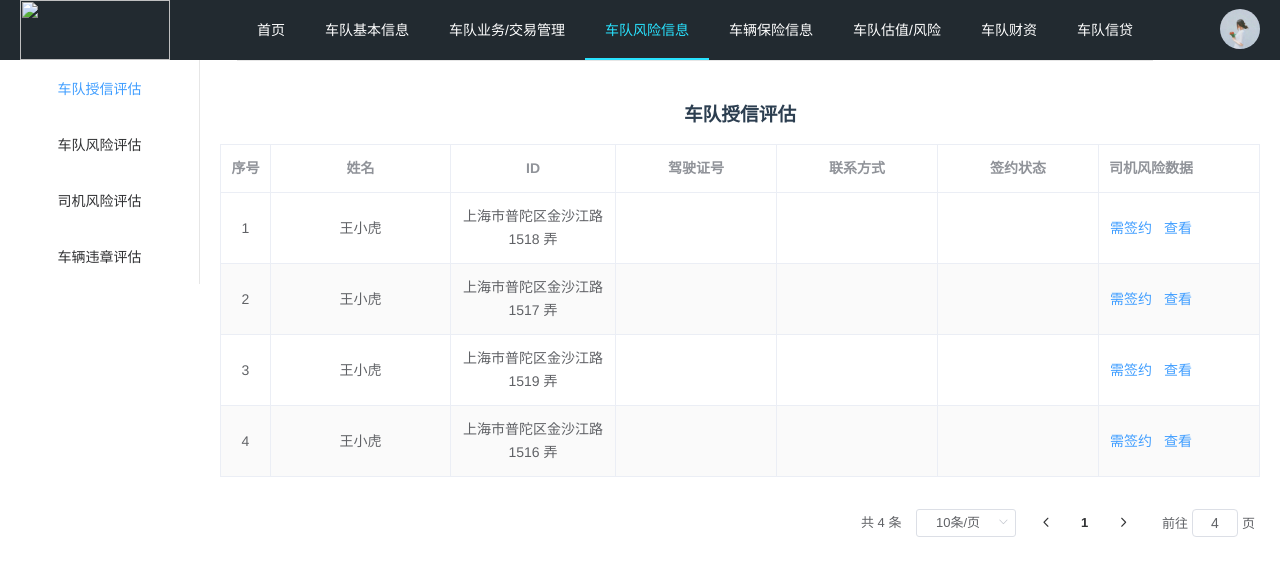
Repository: TheWomanLiketheWind/woodpecker
Page: /
The author's editor kept a copy of each file at every save. The page is drawn from the files as they stood at one save, then again after the next save.
The browser window is 1280 px wide. The pictures show the whole page.
The project was rebuilt for these pictures with package versions that can differ from the ones it lists, and the page was loaded fresh each time. Also part of the build but not shown: src/views/menuThird.vue.

Above is the page before, as saved 2019-07-25 21:03:13.

### public/index.html
<!DOCTYPE html>
<html lang="en">
  <head>
    <meta charset="utf-8">
    <meta http-equiv="X-UA-Compatible" content="IE=edge">
    <meta name="viewport" content="width=device-width,initial-scale=1.0">
    <link rel="icon" href="<%= BASE_URL %>favicon.ico">
    <title>woodpecker</title>
  </head>
  <body>
    <noscript>
      <strong>We're sorry but woodpecker doesn't work properly without JavaScript enabled. Please enable it to continue.</strong>
    </noscript>
    <div id="app"></div>
    <!-- built files will be auto injected -->
  </body>
</html>

### src/App.vue
<template>
  <div id="app">
    <router-view />
  </div>
</template>

<style lang="scss">
#app {
  font-family: "Avenir", Helvetica, Arial, sans-serif;
  -webkit-font-smoothing: antialiased;
  -moz-osx-font-smoothing: grayscale;
  text-align: center;
  color: #2c3e50;
  .el-header {
    display: flex;
    justify-content: space-between;
    align-items: center;
  }
}
#nav {
  padding: 30px;
  a {
    font-weight: bold;
    color: #2c3e50;
    &.router-link-exact-active {
      color: #42b983;
    }
  }
}
body {
  margin: 0;
}
</style>

### src/router.ts
import Vue from 'vue'
import Router from 'vue-router'
import Home from './views/Home.vue'
Vue.use(Router)

export default new Router({
  mode: 'history',
  base: process.env.BASE_URL,
  routes: [
    {
      path: '/',
      name: 'home',
      component: Home,
      children: [
        {
          path: '/',
          name: 'menuSecond',
          children: [
            {
              path: '/',
              name: 'menuThird',
              component: () =>
                import(/* webpackChunkName: "about" */ './views/menuThird.vue')
            }
          ],
          component: () =>
            import(/* webpackChunkName: "about" */ './views/menuSecond.vue')
        }
      ]
    }
  ]
})

### src/views/Home.vue
<template>
  <el-container>
    <el-header class="headerAll">
      <img src=""
           class="headImage">
      <el-menu :default-active="activeIndex"
               class="el-menu-demo"
               mode="horizontal"
               background-color="#222a30"
               text-color="#fff"
               active-text-color="#29e2fe"
               @select="handleSelect">
        <el-menu-item v-for="(item, index) in menuList"
                      :key="index"
                      :index="item.index"
                      v-on:listenToChildEvent="menuClick">{{item.name}}</el-menu-item>
      </el-menu>

      <el-dropdown>
        <img src="../assets/headImage.jpg"
             class="drophead" />
        <el-dropdown-menu slot="dropdown">
          <el-dropdown-item>个人信息</el-dropdown-item>
          <el-dropdown-item>退出</el-dropdown-item>
        </el-dropdown-menu>
      </el-dropdown>
    </el-header>
    <!-- <router-link to="/menuSecond">点击跳转</router-link> -->
    <router-view />
  </el-container>
</template>

<script lang="ts">
import { Component, Vue } from "vue-property-decorator";

@Component({
  components: {}
})
export default class Home extends Vue {
  data() {
    return {
      activeIndex: "4",
      menuList: [
        {
          name: "首页",
          index: "1",
          link: ""
        },
        {
          name: "车队基本信息",
          index: "2",
          link: ""
        },
        {
          name: "车队业务/交易管理",
          index: "3",
          link: ""
        },
        {
          name: "车队风险信息",
          index: "4",
          link: ""
        },
        {
          name: "车辆保险信息",
          index: "5",
          link: ""
        },
        {
          name: "车队估值/风险",
          index: "6",
          link: ""
        },
        {
          name: "车队财资",
          index: "7",
          link: ""
        },
        {
          name: "车队信贷",
          index: "8",
          link: ""
        }
      ]
    };
  }

  private handleSelect(key: any, keyPath: any) {
    console.log(key, keyPath);
  }

  menuClick(data: any) {
    this.$router.push(data);
  }
}
</script>

<style lang="scss">
.headerAll {
  background: #222a30;
  .headImage {
    width: 150px;
    height: 100%;
    border: 0;
  }
  .drophead {
    width: 40px;
    height: 40px;
    border-radius: 50%;
  }
}
</style>

### src/views/menuSecond.vue
<template>
  <el-container>

    <el-aside width="200px">
      <el-menu :default-active="defaultActive"
               class="el-menu-vertical-demo"
               @select="handleSelect">
        <el-menu-item v-for="(item, index) in filesList.navigeList"
                      :key="index"
                      :index="item.index">
          <span slot="title">{{item.name}}</span>
        </el-menu-item>
      </el-menu>
    </el-aside>
    <el-main>
      <h3>{{filesList.navigeList[this.selectIndex].name}}</h3>
      <el-table :data="tableData"
                border
                stripe
                style="width: 100%">
        <el-table-column type="index"
                         label="序号"
                         width="50"
                         align="center">
        </el-table-column>
        <el-table-column prop="name"
                         label="姓名"
                         width="180"
                         align="center" />
        <el-table-column prop="address"
                         label="ID"
                         align="center" />
        <el-table-column prop="driveID"
                         label="驾驶证号"
                         align="center" />
        <el-table-column prop="tel"
                         label="联系方式"
                         align="center" />
        <el-table-column prop="signType"
                         label="签约状态"
                         align="center" />
        <el-table-column label="司机风险数据">
          <template>
            <el-button type="text">需签约</el-button>
            <el-button type="text">查看</el-button>
          </template>
        </el-table-column>
      </el-table>
      <el-pagination @size-change="handleSizeChange"
                     @current-change="handleCurrentChange"
                     :current-page="currentPage4"
                     :page-sizes="[10, 20, 50, 100]"
                     :page-size="10"
                     layout="total, sizes, prev, pager, next, jumper"
                     :total="tableData.length">
      </el-pagination>
    </el-main>
  </el-container>

</template>

<script lang="ts">
import Vue from "vue";
import files from "../jsonFile";

export default Vue.extend({
  data() {
    return {
      filesList: files,
      selectIndex: 0,
      defaultActive: "1",
      currentPage4: 4,
      tableData: [
        {
          date: "1",
          name: "王小虎",
          address: "上海市普陀区金沙江路 1518 弄"
        },
        {
          date: "2016-05-04",
          name: "王小虎",
          address: "上海市普陀区金沙江路 1517 弄"
        },
        {
          date: "2016-05-01",
          name: "王小虎",
          address: "上海市普陀区金沙江路 1519 弄"
        },
        {
          date: "2016-05-03",
          name: "王小虎",
          address: "上海市普陀区金沙江路 1516 弄"
        }
      ]
    };
  },
  methods: {
    handleSelect(key: String) {
      this.selectIndex = Number(key) - 1;
    },
    handleSizeChange(val: Number) {
      console.log(`每页 ${val} 条`);
    },
    handleCurrentChange(val: Number) {
      console.log(`当前页: ${val}`);
    }
  }
});
</script>


<style lang="scss">
.el-pagination {
  margin-top: 30px;
  float: right;
}
</style>

### src/jsonFile.ts
const fileObject = {
  navigeList: [
    {
      name: '车队授信评估',
      index: '1'
    },
    {
      name: '车队风险评估',
      index: '2'
    },
    {
      name: '司机风险评估',
      index: '3'
    },
    {
      name: '车辆违章评估',
      index: '4'
    }
  ]
}

export default fileObject

Loaded but not shown: src/main.ts (common file); src/store.ts (common file)

After the next save:
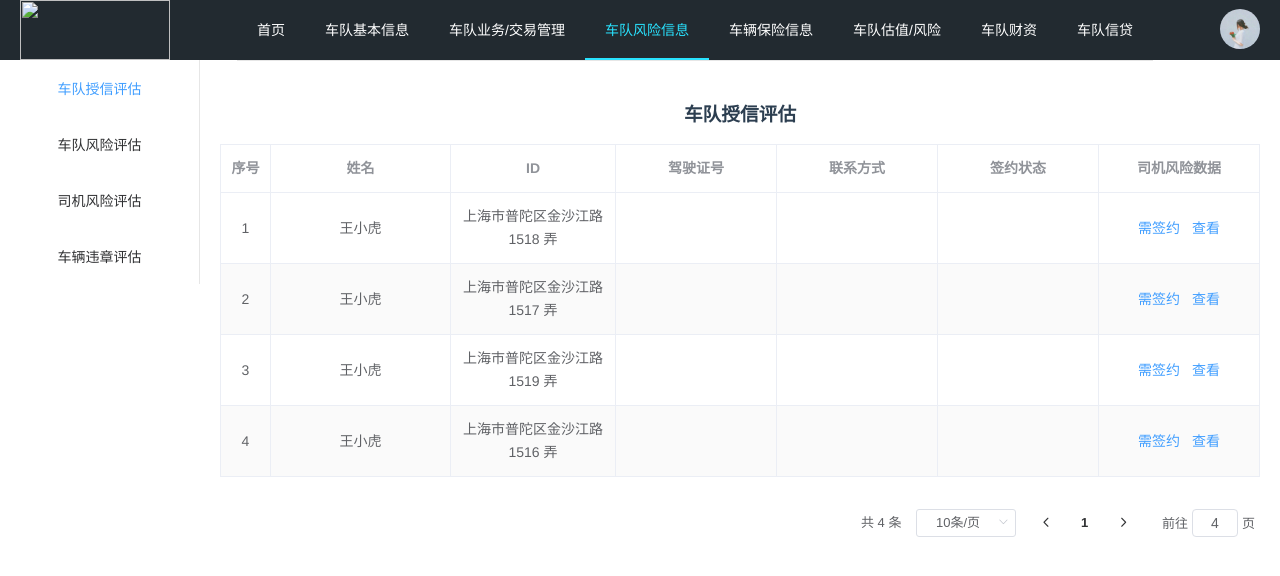
Saved 7 s later.
--- a/src/views/menuSecond.vue
+++ b/src/views/menuSecond.vue
@@ -39,7 +39,8 @@
         <el-table-column prop="signType"
                          label="签约状态"
                          align="center" />
-        <el-table-column label="司机风险数据">
+        <el-table-column label="司机风险数据"
+                         align="center">
           <template>
             <el-button type="text">需签约</el-button>
             <el-button type="text">查看</el-button>
